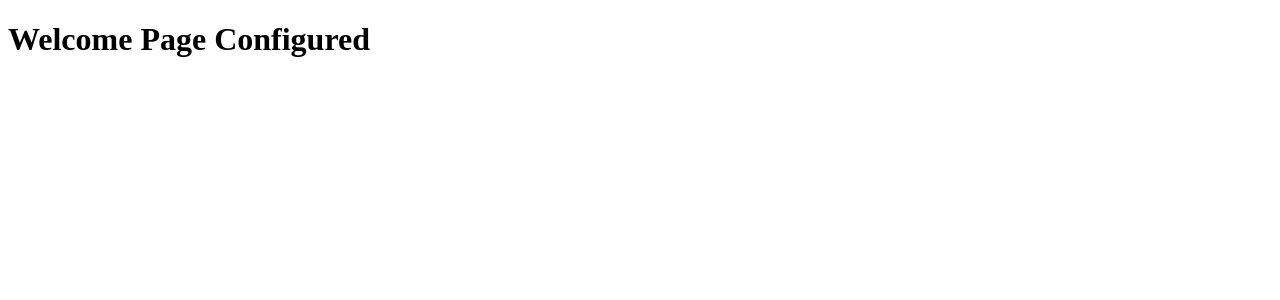
Repository: vinayingalahalli/java_batch1_revature
Page: revature_java/my_servlet_app/WebContent/myHome.html
These files come from the project's save history. The page is drawn as it stood at one moment and after the next save; the edit follows.
The browser window is 1280 px wide. The pictures show the whole page.

Above is the page before, as saved 2019-09-10 18:37:36.

After the next save:
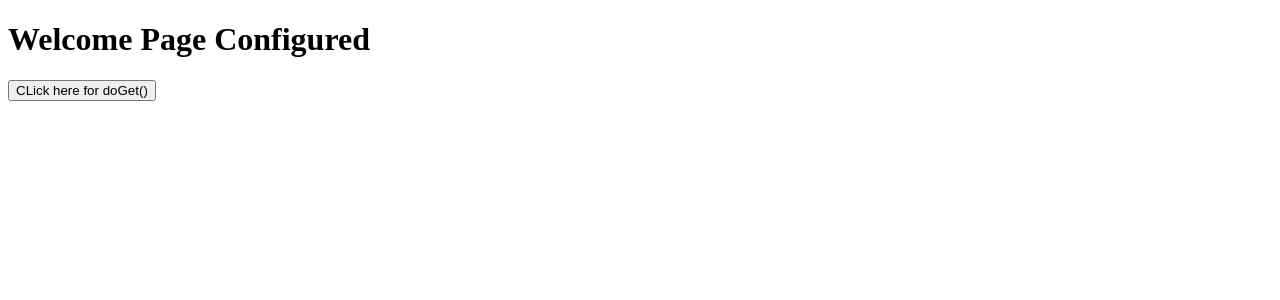
Saved 3 min 41 s later.
--- a/revature_java/my_servlet_app/WebContent/myHome.html
+++ b/revature_java/my_servlet_app/WebContent/myHome.html
@@ -6,5 +6,9 @@
 </head>
 <body>
 <h1>Welcome Page Configured</h1>
+<form action="">
+<input type="submit" value="CLick here for doGet()">
+</form>
+
 </body>
 </html>
